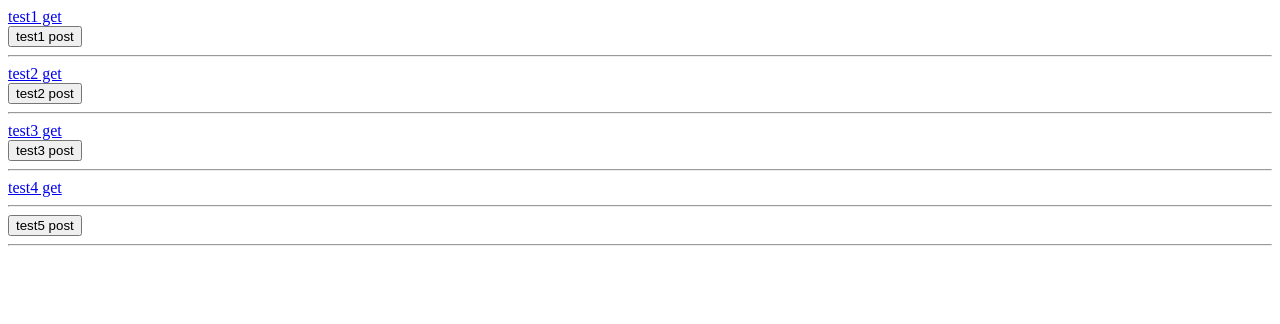
Repository: heojun0827/SpringMvc
Page: http://localhost/RequestMethod/WEB-INF/views/index.jsp
An editor plug-in stored every save of this project. The page is shown before and after the next save, followed by the edit.
The browser window is 1280 px wide. The pictures show the whole page.
The page is served by Tomcat 9. Nobody is signed in. The template is opened directly, without the code that normally fills it, so the values that code supplies are empty.

Above is the page before, as saved 2023-06-05 05:35:18.

After the next save:
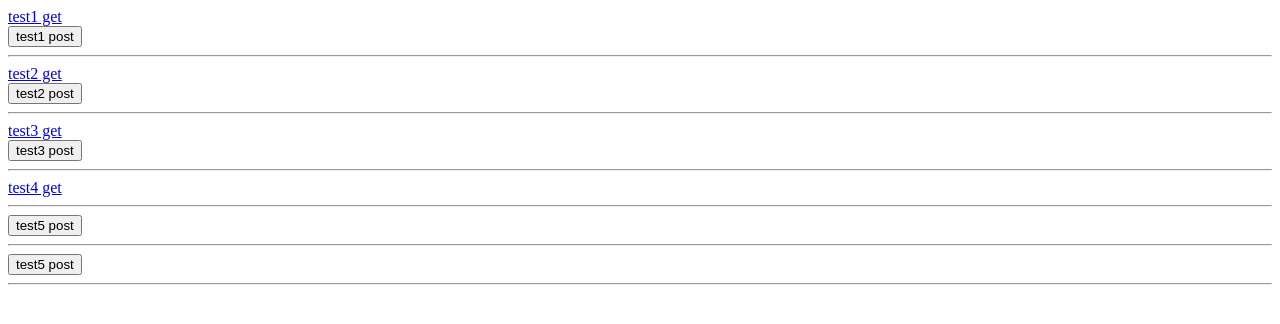
Saved 4 s later.
--- a/RequestMethod/WebContent/WEB-INF/views/index.jsp
+++ b/RequestMethod/WebContent/WEB-INF/views/index.jsp
@@ -23,7 +23,9 @@
 	</form><hr>
 
 	<a href='test4'>test4 get</a><hr>
-
+	<form action='test5' method='post'>
+			<button type='submit'>test5 post</button>
+		</form><hr>
 
 		<form action='test5' method='post'>
 			<button type='submit'>test5 post</button>
